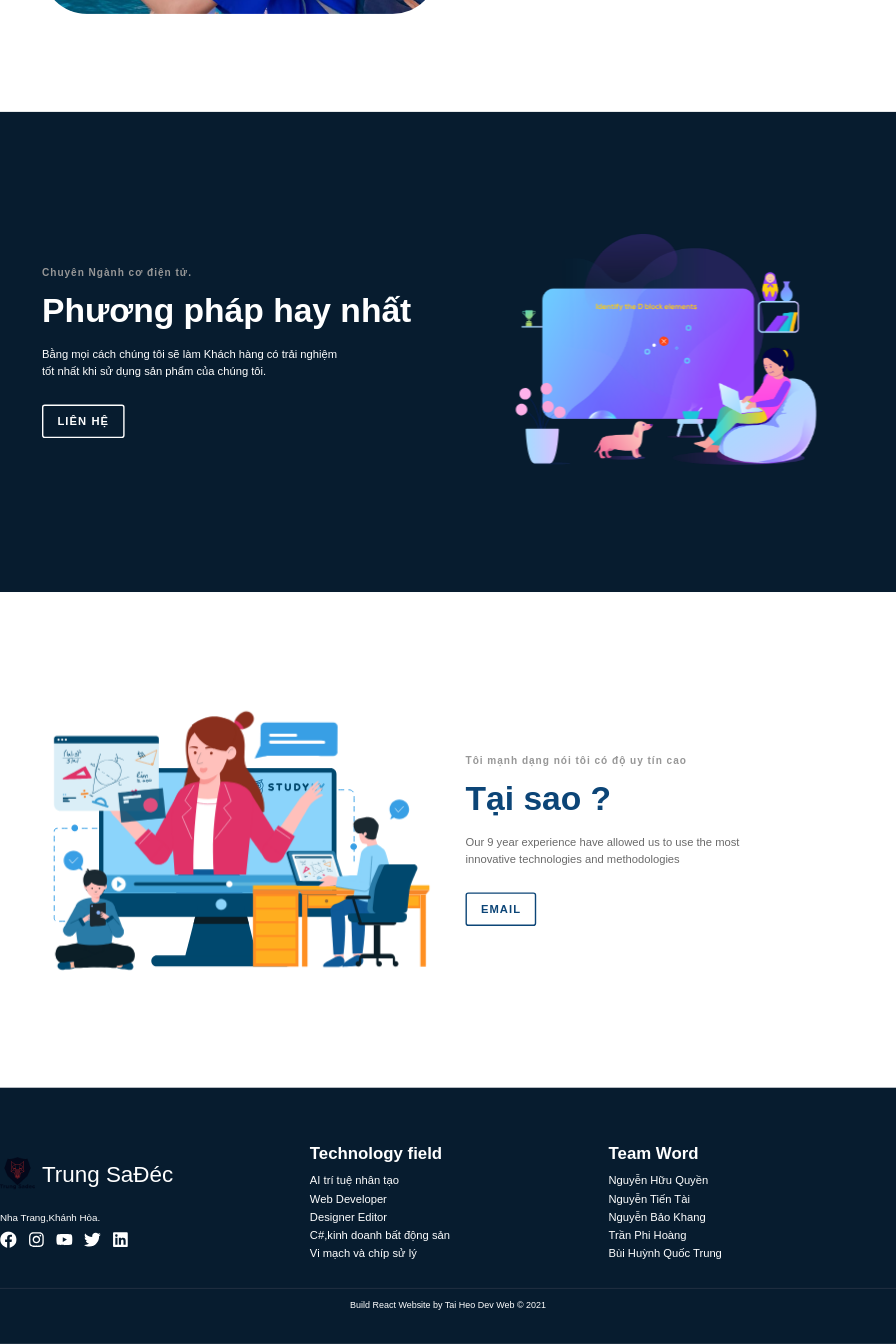
Repository: fdhhhdjd/Profile-Gift-B_H_Q_Trung
Page: /
These files come from the project's save history. The page is drawn as it stood at one moment and after the next save; the edit follows.
The browser window is 1280 px wide. The pictures show the part of the page from y = 2337 to 4257 px (the page is 4257 px tall), at 70% of full size.
The project was rebuilt for these pictures with package versions that can differ from the ones it lists, and the page was loaded fresh each time. Also part of the build but not shown: src/Styles/PricingStyles.js, src/Data/PricingData.js, src/Pages/PricingPage.js. Imported but missing from the stored project, and not drawn on this page: src/Pages/SignUpPage.

Above is the page before, as saved 2021-10-29 11:35:09.

### src/App.js
import logo from "./logo.svg";
import "./App.css";
import { BrowserRouter as Router, Switch, Route } from "react-router-dom";
import {
  Home,
  Navbar,
  GlobalStyles,
  PricingPage,
  Footer,
} from "./Imports/Index";
function App() {
  return (
    <>
      <Router>
        <GlobalStyles />
        <Navbar />
        <Switch>
          <Route path="/" exact component={Home} />
          <Route path="/pricing" exact component={PricingPage} />
        </Switch>
        <Footer />
      </Router>
    </>
  );
}

export default App;

### src/App.css
.App {
  text-align: center;
}
*{
  text-decoration: none;
}

.App-logo {
  height: 40vmin;
  pointer-events: none;
}

@media (prefers-reduced-motion: no-preference) {
  .App-logo {
    animation: App-logo-spin infinite 20s linear;
  }
}

.App-header {
  background-color: #282c34;
  min-height: 100vh;
  display: flex;
  flex-direction: column;
  align-items: center;
  justify-content: center;
  font-size: calc(10px + 2vmin);
  color: white;
}

.App-link {
  color: #61dafb;
}

@keyframes App-logo-spin {
  from {
    transform: rotate(0deg);
  }
  to {
    transform: rotate(360deg);
  }
}

### src/Imports/Index.js
export { default as Home } from "../Pages/Home";
export { default as PricingPage } from "../Pages/PricingPage";
export { default as SignUpPage } from "../Pages/SignUpPage";
export { default as Navbar } from "../Components/Navbar";
export { default as GlobalStyles } from "../Styles/GlobalStyles";
export { default as Hero } from "../Components/Hero";
export { default as Footer } from "../Pages/Footer";

### src/Pages/Home.js
import React, { memo, useRef, useEffect } from "react";
import { Hero } from "../Imports/Index";
import FeaturesData from "../Components/FeaturesData";
import { Content } from "../Components/Content";
import { heroOne, heroTwo, heroThree } from "../Data/HeroData";
const Home = () => {
  return (
    <>
      <Hero />
      <FeaturesData />
      <Content {...heroOne} />
      <Content {...heroTwo} />
      <Content {...heroThree} />
    </>
  );
};

export default memo(Home);

### src/Components/Navbar.js
import React, { useState, memo } from "react";
import { data } from "../Data/NavbarData";
import { FaRProject, FaTimes } from "react-icons/fa";
import { CgMenuRight } from "react-icons/cg";
import { IconContext } from "react-icons";
import { useLocation, useHistory } from "react-router-dom";
import {
  Nav,
  NavbarContainer,
  NavIcon,
  NavLogo,
  MobileIcon,
  NavMenu,
  NavItem,
  NavLinks,
} from "../Styles/NavbarStyles";
const Navbar = () => {
  const [show, setShow] = useState(false);
  let history = useHistory();
  let location = useLocation();
  const handleClick = () => {
    setShow(!show);
  };
  const scrollTo = (id) => {
    const element = document.getElementById(id);

    element.scrollIntoView({
      behavior: "smooth",
    });
  };
  const closeMobileMenu = (to, id) => {
    if (id && location.pathname === "/") {
      scrollTo(id);
    }

    history.push(to);
    setShow(false);
  };

  return (
    <>
      <IconContext.Provider value={{ color: "#fff" }}>
        <Nav>
          <NavbarContainer>
            <NavLogo to="/">
              <NavIcon src="./assets/logo2.png" alt="logo" />
              Trung&nbsp;SaĐéc
            </NavLogo>
            <MobileIcon onClick={handleClick}>
              {show ? <FaTimes /> : <CgMenuRight />}
            </MobileIcon>
            <NavMenu show={show}>
              {data.map((el, index) => (
                <NavItem key={index}>
                  <NavLinks onClick={() => closeMobileMenu(el.to, el.id)}>
                    {el.title}
                  </NavLinks>
                </NavItem>
              ))}
            </NavMenu>
          </NavbarContainer>
        </Nav>
      </IconContext.Provider>
    </>
  );
};

export default memo(Navbar);

### src/Components/Hero.js
import React, { useEffect, useRef, memo } from "react";
import { Button, Container, MainHeading } from "../Styles/GlobalStyles";
import {
  HeroVideo,
  HeroSection,
  HeroText,
  ButtonWrapper,
  HeroButton,
  CardB,
  ContactHero,
} from "../Styles/HeroStyles";
import { Typewriter } from "react-simple-typewriter";
import { Link } from "react-router-dom";
const Hero = () => {
  return (
    <>
      <HeroSection>
        <HeroVideo src="./assets/hero.mp4" autoPlay loop />
        <Container>
          <MainHeading>
            Hi,
            <CardB>
              <Typewriter
                loop
                cursor
                cursorStyle={"_"}
                pauseFor={1000}
                delaySpeed={3000}
                color="red"
                deleteSpeed={100}
                words={["I'm Bùi Huỳnh Quốc Trung "]}
              />
            </CardB>
          </MainHeading>
          <HeroText>
            Tôi,chuyên kiểm thử chip và làm vi mạch thiết bị điện tử tự động.
          </HeroText>
          <ButtonWrapper>
            <Link to="signup">
              <Button>Liên Hệ Ngay</Button>
            </Link>
            <a href="tel:0798805741">
              <HeroButton>Gọi Ngay</HeroButton>
            </a>
          </ButtonWrapper>
        </Container>
      </HeroSection>
    </>
  );
};

export default memo(Hero);

### src/Pages/Footer.js
import React from "react";
import {
  FooterLinkItems,
  FooterLinkTitle,
  FooterLink,
  FooterLogo,
  SocialIcon,
  FooterRights,
  FooterSocialIcon,
  FooterWrapper,
  FooterAddress,
  FooterColumn,
  FooterGrid,
} from "../Styles/FooterStyles";
import { footerData, footerSocialData } from "../Data/FooterData";
import { Row, Section } from "../Styles/GlobalStyles";

function Footer() {
  return (
    <Section padding="4rem 0 2rem 0">
      <FooterWrapper>
        <FooterGrid justify="space-between">
          <FooterColumn id="footerLogo">
            <FooterLogo to="/">
              <SocialIcon src="./assets/logo1.png" />
              Trung SaĐéc
            </FooterLogo>
            <FooterAddress>Nha Trang,Khánh Hòa.</FooterAddress>

            <Row align="center" margin="auto  0 0 0" gap="1rem">
              {footerSocialData.map((social, index) => (
                <FooterSocialIcon
                  key={index}
                  href={social.href}
                  target="_blank"
                  aria-label={social.name}
                >
                  {social.icon}
                </FooterSocialIcon>
              ))}
            </Row>
          </FooterColumn>
          {footerData.map((footerItem, index) => (
            <FooterLinkItems key={index}>
              <FooterLinkTitle>{footerItem.title}</FooterLinkTitle>
              {footerItem.links.map((link, linkIndex) => (
                <FooterLink key={linkIndex} href={link.href} target="_blank">
                  {link.name}
                </FooterLink>
              ))}
            </FooterLinkItems>
          ))}
        </FooterGrid>
        <FooterRights>
          Build React Website by Tai Heo Dev Web © 2021
        </FooterRights>
      </FooterWrapper>
    </Section>
  );
}

export default Footer;

### src/Components/FeaturesData.js
import React, { memo } from "react";
import { Section, Container } from "../Styles/GlobalStyles";
import {
  FeatureText,
  FeatureTitle,
  FeatureWrapper,
  FeatureColumn,
  FeatureImageWrapper,
  FeatureName,
  FeatureTextWrapper,
} from "../Styles/FeaturesStyles";
import { featuresData } from "../Data/FeaturesData";
const FeaturesData = () => {
  const initial = {
    y: 40,
    opacity: 0,
  };
  const animate = {
    y: 0,
    opacity: 1,
  };

  return (
    <>
      <Section smPadding="50px 10px" position="relative" inverse id="about">
        <Container>
          <FeatureTextWrapper>
            <FeatureTitle>Chúng tôi cung cấp gì cho bạn ?</FeatureTitle>
          </FeatureTextWrapper>
          <FeatureWrapper>
            {featuresData.map((el, index) => (
              <>
                <FeatureColumn
                  initial={initial}
                  animate={animate}
                  transition={{ duration: 0.5 + index * 0.1 }}
                  key={index}
                >
                  <FeatureImageWrapper className={el.imgClass}>
                    {el.icon}
                  </FeatureImageWrapper>
                  <FeatureName>{el.name}</FeatureName>
                  <FeatureText>{el.description}</FeatureText>
                </FeatureColumn>
              </>
            ))}
          </FeatureWrapper>
        </Container>
      </Section>
    </>
  );
};

export default memo(FeaturesData);

### src/Components/Content.js
import React, { useEffect, useRef } from "react";
import { Container, Section } from "../Styles/GlobalStyles";
import {
  ContentRow,
  TextWrapper,
  TopLine,
  Heading,
  ContentButton,
  Subtitle,
  ImgWrapper,
  Img,
  ContentColumn,
  ContentA,
  ContentButtonEmail,
  Imgs,
} from "../Styles/ContentStyles";
export const Content = ({
  primary,
  topLine,
  headline,
  description,
  buttonLabel,
  img,
  alt,
  inverse,
  reverse,

  href,

  Arrow,
  imgs,
}) => {
  return (
    <Section inverse={inverse}>
      <Container>
        <ContentRow reverse={reverse}>
          <ContentColumn>
            <TextWrapper>
              <TopLine>{topLine.text}</TopLine>
              <Heading inverse={inverse}>{headline}</Heading>
              <Subtitle inverse={inverse}>{description}</Subtitle>
              <ContentA href={href} target="_blank">
                <ContentButton inverse={inverse} primary={primary}>
                  {buttonLabel}
                </ContentButton>
              </ContentA>
            </TextWrapper>
          </ContentColumn>
          <ContentColumn>
            <ImgWrapper>
              {imgs ? <Imgs src={imgs} alt={alt} /> : <Img options={img} />}
            </ImgWrapper>
          </ContentColumn>
        </ContentRow>
      </Container>
    </Section>
  );
};

### src/Data/HeroData.js
import * as study from "../Json/study.json";
import * as practice from "../Json/practice.json";
import trung from "../Images/trung.jpg";
const defaultOptions = {
  loop: true,
  autoplay: true,
  animationData: study.default,
  rendererSettings: {
    preserveAspectRatio: "xMidYMid slice",
  },
};
const defaultOptions1 = {
  loop: true,
  autoplay: true,
  animationData: practice.default,
  rendererSettings: {
    preserveAspectRatio: "xMidYMid slice",
  },
};
export const heroOne = {
  reverse: true,
  inverse: true,
  topLine: {
    text: "Học tập Tại Trường Đại Học Nha Trang",
  },
  headline: "Trình độ đại học cử nhân Cơ điện tử.",
  description:
    "Vừa làm vừa học trau dồi bản thân và cũng để giúp khách hàng những gì gọi là tốt nhất.",
  buttonLabel: "Facebook",
  buttonLabelEmail: "Email",
  href: "https://www.facebook.com/profile.php?id=100009136510942",
  imgStart: "start",
  imgs: trung,
  start: "true",
};

export const heroTwo = {
  reverse: false,
  inverse: false,
  topLine: {
    text: "Chuyên Ngành cơ điện tử.",
  },
  headline: "Phương pháp hay nhất ",
  description:
    "Bằng mọi cách chúng tôi sẽ làm Khách hàng có trải nghiệm tốt nhất khi sử dụng sản phẩm của chúng tôi.",
  buttonLabel: "Liên hệ",
  buttonLabelEmail: "Email",
  href: "tel:0348561815",

  linkTo: "/more",
  imgStart: "start",
  img: defaultOptions1,
  start: "true",
};

export const heroThree = {
  reverse: true,
  inverse: true,
  topLine: {
    text: "Tôi mạnh dạng nói tôi có độ uy tín cao",
  },
  headline: "Tại sao ? ",
  description:
    "Our 9 year experience have allowed us to use the most innovative technologies and methodologies",
  buttonLabel: "Email",
  href: "mailto:buihuynhquoctrung@gmail.com",
  linkTo: "/download",
  imgStart: "",
  img: defaultOptions,
  start: "true",
};

### src/Data/NavbarData.js
export const data = [
  {
    to: "/",
    title: "About",
    id: "about",
  },
  {
    to: "/signup",
    title: "Contact",
  },
  {
    to: "/pricing",
    title: "Pricing",
  },
];

### src/Styles/NavbarStyles.js
import styled from "styled-components";
import { Container } from "../Styles/GlobalStyles";
import { Link } from "react-router-dom";
export const Nav = styled.nav`
  background: transparent;
  margin-bottom: -80px;
  height: 80px;
  display: flex;
  justify-content: center;
  align-items: center;
  font-size: 1.2rem;
  position: absolute;
  top: 0;
  z-index: 50;
  width: 100%;

  transition: background-color 0.3s ease-in;
`;

export const NavbarContainer = styled(Container)`
  display: flex;
  justify-content: start;
  height: 80px;

  ${Container}
`;

export const NavLogo = styled(Link)`
  color: #fff;
  justify-self: flex-start;
  cursor: pointer;
  text-decoration: none;
  font-size: 2rem;
  display: flex;
  align-items: center;
  z-index: 50;
`;

export const NavIcon = styled.img`
  margin-right: 0, 5rem;
  width: 5rem;
`;

export const MobileIcon = styled.div`
  display: none;
  z-index: 50;

  @media screen and (max-width: 960px) {
    display: block;
    position: absolute;
    top: 0;
    right: 0;
    transform: translate(-100%, 60%);
    font-size: 1.8rem;
    cursor: pointer;
  }
`;

export const NavMenu = styled.ul`
  display: flex;
  align-items: center;
  list-style: none;
  text-align: center;
  width: 100%;

  @media screen and (max-width: 960px) {
    flex-direction: column;
    width: 100%;
    height: 100vh;
    position: fixed;
    padding-top: 30%;
    top: 0;
    left: 0;
    opacity: ${({ show }) => (show ? 1 : 0)};
    visibility: ${({ show }) => (show ? "visible" : "hidden")};
    transform: translateY(${({ show }) => (show ? "0" : "-10px")});
    transition: opacity 0.5s ease;
    background-color: #071c2f;
  }

  > li:first-child {
    margin-left: auto;
  }
`;

export const NavItem = styled.li`
  height: 80px;
  cursor: pointer;

  @media screen and (max-width: 960px) {
    width: 100%;

    &:hover {
      border: none;
    }
  }
`;

export const NavLinks = styled.span`
  color: #fff;
  display: flex;
  align-items: center;
  text-decoration: none;
  padding: 0.5rem 1rem;
  height: 100%;

  &:hover {
    color: #c8c9d8;
    transition: all 0.3s ease;
  }

  @media screen and (max-width: 960px) {
    text-align: center;
    padding: 2rem;
    width: 100%;
    display: table;

    &:hover {
      color: #4b59f7;
      transition: all 0.3s ease;
    }
  }
`;

export const NavBtnLink = styled(Link)`
  display: flex;
  justify-content: center;
  align-items: center;
  text-decoration: none;
  padding: 8px 16px;
  height: 100%;
  width: 100%;
  border: none;
  outline: none;
`;

### src/Styles/HeroStyles.js
import styled from "styled-components";
import { Button } from "../Styles/GlobalStyles";

export const HeroSection = styled.section`
  height: 100vh;
  background-position: center;
  background-size: cover;
  padding-top: clamp(70px, 25vh, 220px);
  box-shadow: inset 0 0 0 1000px rgba (0, 0, 0, 0.2);
`;

export const HeroVideo = styled.video`
  object-fit: cover;
  width: 100%;
  height: 100%;
  background: linear-gradient(to right, rgba(0, 0, 0, 0.7), rgba(0, 0, 0, 0.1));
  top: 0;
  position: absolute;
  z-index: -1;
`;

export const HeroText = styled.p`
  margin-bottom: 35px;
  font-size: clamp(0.9rem, 1.5vw, 1.3rem);
  line-height: 24px;
  text-align: center;
  letter-spacing: 2px;
  color: #fff;
`;

export const ButtonWrapper = styled.div`
  width: 100%;
  display: flex;
  justify-content: center;
  flex-flow: wrap;
  gap: 0.5rem;
`;

export const HeroButton = styled(Button)`
  color: black;

  &:before {
    background: #fff;
    height: 500%;
  }

  &:hover:before {
    height: 0%;
  }

  &:hover {
    color: white;
  }
`;
export const CardB = styled.b`
  color: blue;
`;
export const ContactHero = styled.b`
  width: 15px;
  height: 15px;
`;

### src/Data/FooterData.js
import React from "react";
import {
  FaFacebook,
  FaInstagram,
  FaYoutube,
  FaTwitter,
  FaLinkedin,
} from "react-icons/fa";

const iconStyle = (Icon) => <Icon />;

export const footerSocialData = [
  {
    name: "Facebook",
    href: "https://www.facebook.com/profile.php?id=100009136510942",
    icon: iconStyle(FaFacebook),
  },
  {
    name: "Instagram",
    href: "https://www.instagram.com/quoc_trung14/",
    icon: iconStyle(FaInstagram),
  },
  {
    name: "Email",
    href: "mailto:buihuynhquoctrung@gmail.com",
    icon: iconStyle(FaYoutube),
  },
  {
    name: "Zalo",
    href: "tel:0348561815",
    icon: iconStyle(FaTwitter),
  },
  {
    name: "Phone",
    href: "tel:0348561815",
    icon: iconStyle(FaLinkedin),
  },
];

export const footerData = [
  {
    title: "Technology field",
    links: [
      {
        name: "AI trí tuệ nhân tạo",
        href: "https://www.facebook.com/jonhny.nguyen.184",
      },
      {
        name: "Web Developer",
        href: "https://profile-forme.surge.sh/",
      },
      {
        name: "Designer Editor",
        href: "https://khang-designer.surge.sh//",
      },
      {
        name: "C#,kinh doanh bất động sản",
        href: "http://hoangpc.surge.sh/",
      },
      {
        name: "Vi mạch và chíp sử lý",
        href: "https://www.facebook.com/profile.php?id=100009136510942",
      },
    ],
  },
  {
    title: "Team Word",
    links: [
      {
        name: "Nguyễn Hữu Quyền",
        href: "https://www.facebook.com/jonhny.nguyen.184",
        title: "AI trí tuệ nhân tạo",
      },
      {
        name: "Nguyễn Tiến Tài",
        href: "https://www.facebook.com/profile.php?id=100006139249437",
      },
      {
        name: "Nguyễn Bảo Khang",
        href: "https://www.facebook.com/khanhgiangg102",
      },
      {
        name: "Trần Phi Hoàng",
        href: "https://www.facebook.com/hoang.p.tran.12",
      },
      {
        name: "Bùi Huỳnh Quốc Trung",
        href: "https://www.facebook.com/profile.php?id=100009136510942",
      },
    ],
  },
];

### src/Styles/FeaturesStyles.js
import styled from "styled-components";

export const FeatureTitle = styled.h2`
  text-align: center;
  font-size: clamp(1.3rem, 13vw, 3.1rem);
  line-height: 1.06;
  letter-spacing: 0.4rem;
  margin: auto;
`;

export const FeatureTextWrapper = styled.div`
  position: relative;
  padding: 0 0 20px;
  margin-bottom: 4rem;
`;

export const FeatureWrapper = styled.div`
  display: grid;
  grid-template-columns: repeat(3, 1fr);
  margin-top: 4rem;
  grid-gap: 2rem;

  @media screen and (max-width: 1100px) {
    grid-template-columns: repeat(2, 1fr);
    grid-row-gap: 3rem;
  }

  @media screen and (max-width: 568px) {
    grid-template-columns: repeat(1, 1fr);
  }
`;

export const FeatureColumn = styled.div`
  display: flex;
  flex-flow: column;
  justify-content: center;
  align-items: center;
  background: #f3f3f3;
  padding: 10px;
  box-shadow: 0 0 32px 8px #d0d0d0;
  border-radius: 20px;
`;

export const FeatureImageWrapper = styled.div`
  margin-bottom: 1rem;
  border-radius: 50%;
  border: 2px solid #000;

  padding: 30px;
`;
export const FeatureName = styled.h3`
  font-weight: 600;
  font-size: 1.3rem;
  letter-spacing: 2px;

  @media screen and (max-width: 768px) {
    font-weight: 400;
    font-size: 1rem;
    letter-spacing: 1.3px;
  }
`;
export const FeatureText = styled.p`
  margin: 1rem 0 auto;
  text-align: center;
  font-size: 0.9rem;
  line-height: 1.73;
  letter-spacing: 0.5px;
  color: #626881;

  @media screen and (max-width: 768px) {
    display: none;
  }
`;

### src/Data/FeaturesData.js
import React from "react";

import { BsFillShieldLockFill } from "react-icons/bs";
import { IoIosOptions } from "react-icons/io";
import { AiOutlineCloudUpload } from "react-icons/ai";
import { BiSupport, BiDollar } from "react-icons/bi";
import { GrHostMaintenance } from "react-icons/gr";
const iconStyle = (Icon) => <Icon size="3rem" color="#0f0f0f" />;

export const featuresData = [
  {
    name: "Bảo mật dữ liệu",
    description:
      "Chúng tôi luôn đặt hàng đầu về vấn đề này để quý khách an tâm nhất.",
    icon: iconStyle(BsFillShieldLockFill),
    imgClass: "one",
  },
  {
    name: "Dễ Sử dụng",
    description:
      "Chip hay mạch đều lắp ráp và lập trình với mức độ dễ sử dụng nhất đến với khác hàng ",
    icon: iconStyle(IoIosOptions),
    imgClass: "two",
  },
  {
    name: "Vấn đề bảo hàng bảo dưỡng",
    description:
      "Bảo hàng bảo dường những thiết bị điện tử luôn được chúng tôi thiết kế dễ bảo trì sữa chữa.",
    icon: iconStyle(GrHostMaintenance),
    imgClass: "three",
  },
  {
    name: " Đội ngủ hộ trợ 24/7 ",
    description:
      "Nếu có thắc mắc hay vấn đề đội ngủ chúng tôi luôn giúp đỡ 24/7",
    icon: iconStyle(BiSupport),
    imgClass: "four",
  },
  {
    name: "Giá cả",
    description:
      "Luôn với mức ưu đãi nhất cho quý khách,chip,... mức giá thị trường.",
    icon: iconStyle(BiDollar),
    imgClass: "five",
  },
  {
    name: "Sản phẩm",
    description:
      "Đa dạng để phục vụ tất cả những yêu cầu của khách cùng với mức độ tin cậy nhất. ",
    icon: iconStyle(AiOutlineCloudUpload),
    imgClass: "six",
  },
];

Loaded but not shown: public/index.html (common file); src/index.js (common file); src/index.css (common file); src/reportWebVitals.js (common file); src/Json/study.json (1 lines, source omitted); src/Json/practice.json (1 lines, source omitted); src/Styles/GlobalStyles.js (140 lines, source omitted); src/Styles/ContentStyles.js (205 lines, source omitted); src/Styles/FooterStyles.js (161 lines, source omitted)

After the next save:
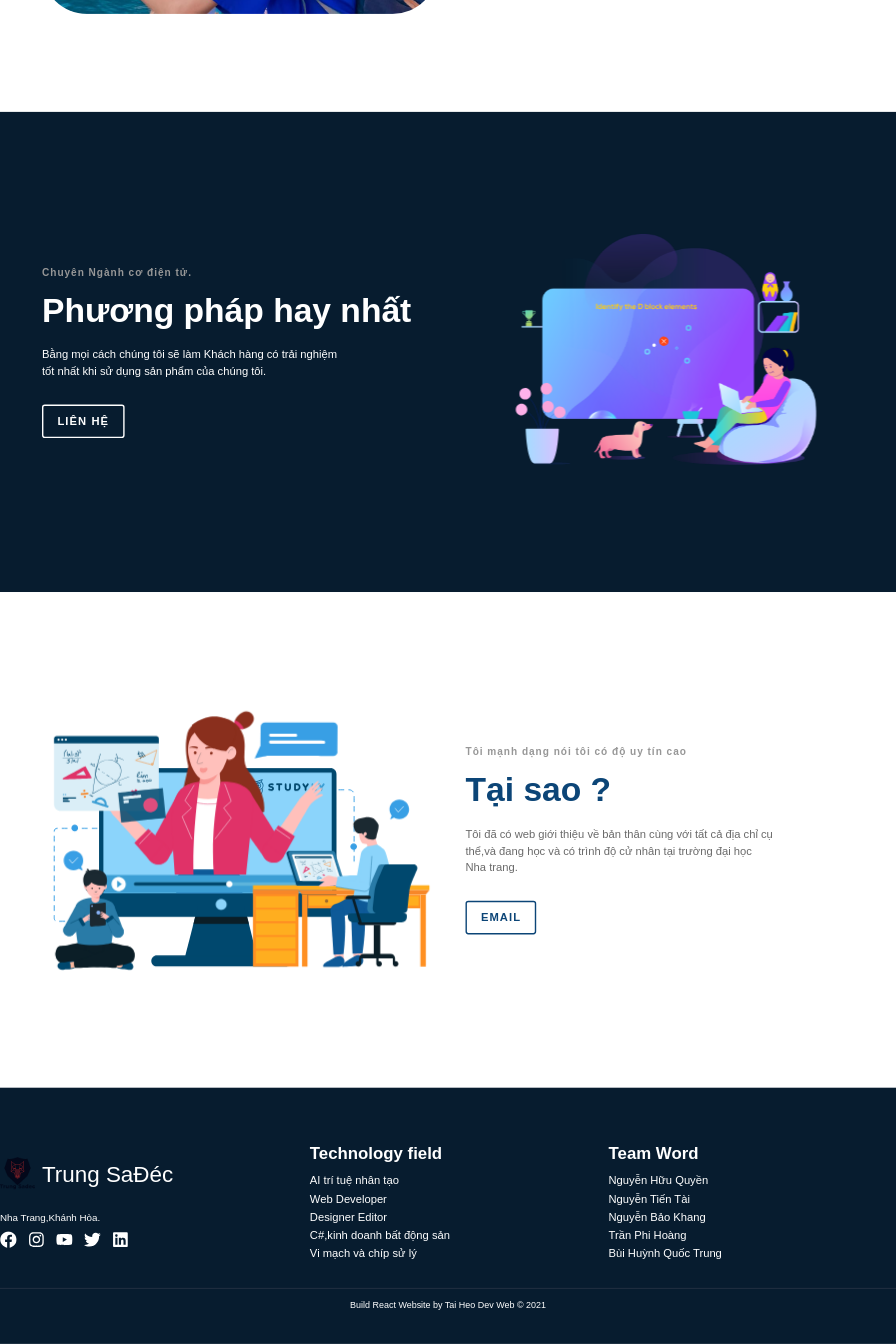
Saved 44 s later.
--- a/src/Data/HeroData.js
+++ b/src/Data/HeroData.js
@@ -61,7 +61,7 @@ export const heroThree = {
   },
   headline: "Tại sao ? ",
   description:
-    "Our 9 year experience have allowed us to use the most innovative technologies and methodologies",
+    "Tôi đã có web giới thiệu về bản thân cùng với tất cả địa chỉ cụ thể,và đang học và có trình độ cử nhân tại trường đại học Nha trang.",
   buttonLabel: "Email",
   href: "mailto:buihuynhquoctrung@gmail.com",
   linkTo: "/download",
